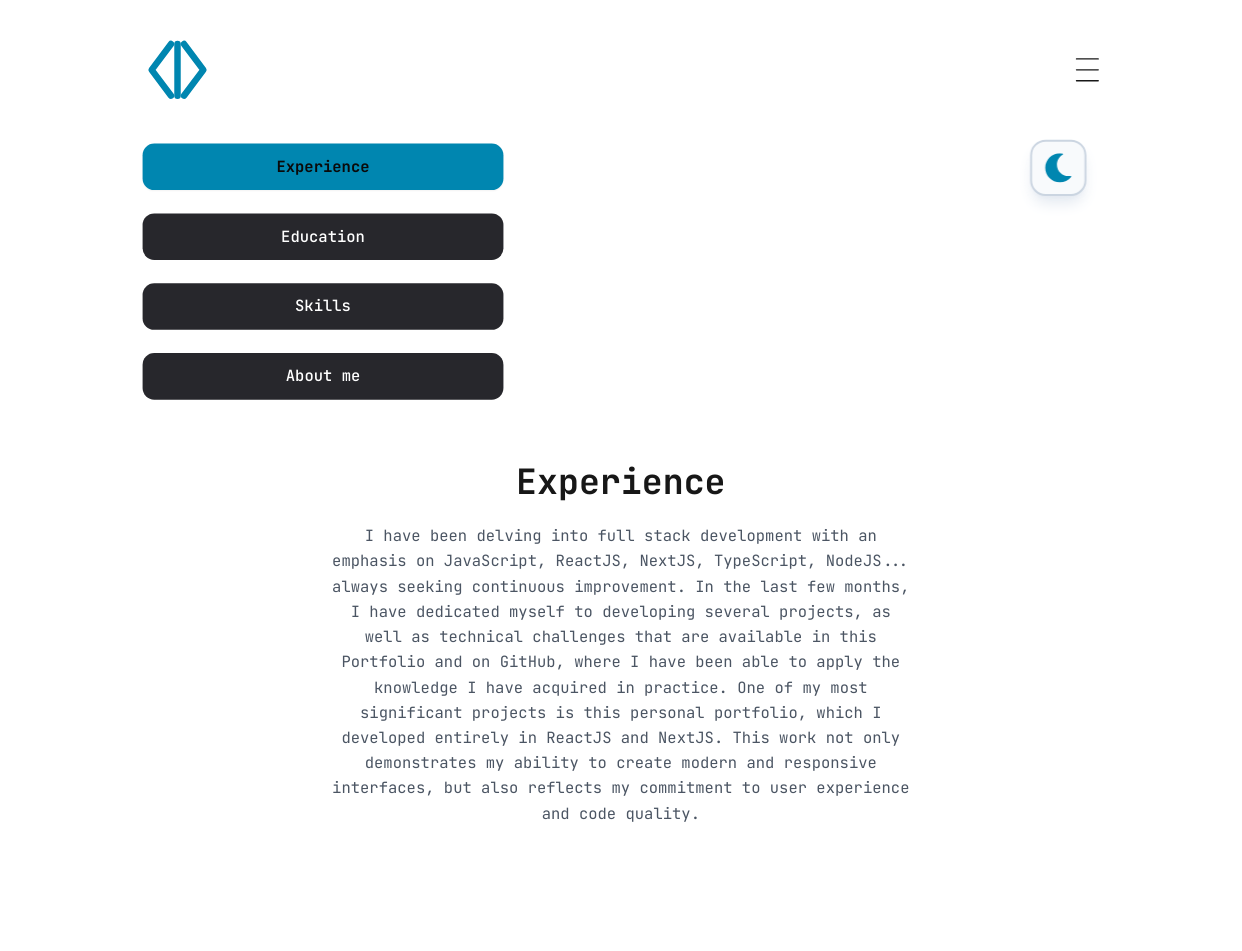
Repository: sergioscker/sergio-portfolio
Page: /resume
These files come from the project's save history. The page is drawn as it stood at one moment and after the next save; the edit follows.
The browser window is 1280 px wide. The pictures show the whole page, at 97% of full size.
The project was rebuilt for these pictures with package versions that can differ from the ones it lists, and the page was loaded fresh each time. The framework's server and built-in components were replaced by stand-ins that run in the browser. Also part of the build but not shown: next.config.mjs, components/ui/scroll-area.jsx, components/ui/tooltip.jsx.

Above is the page before, as saved 2025-04-29 15:33:18.

After the next save:
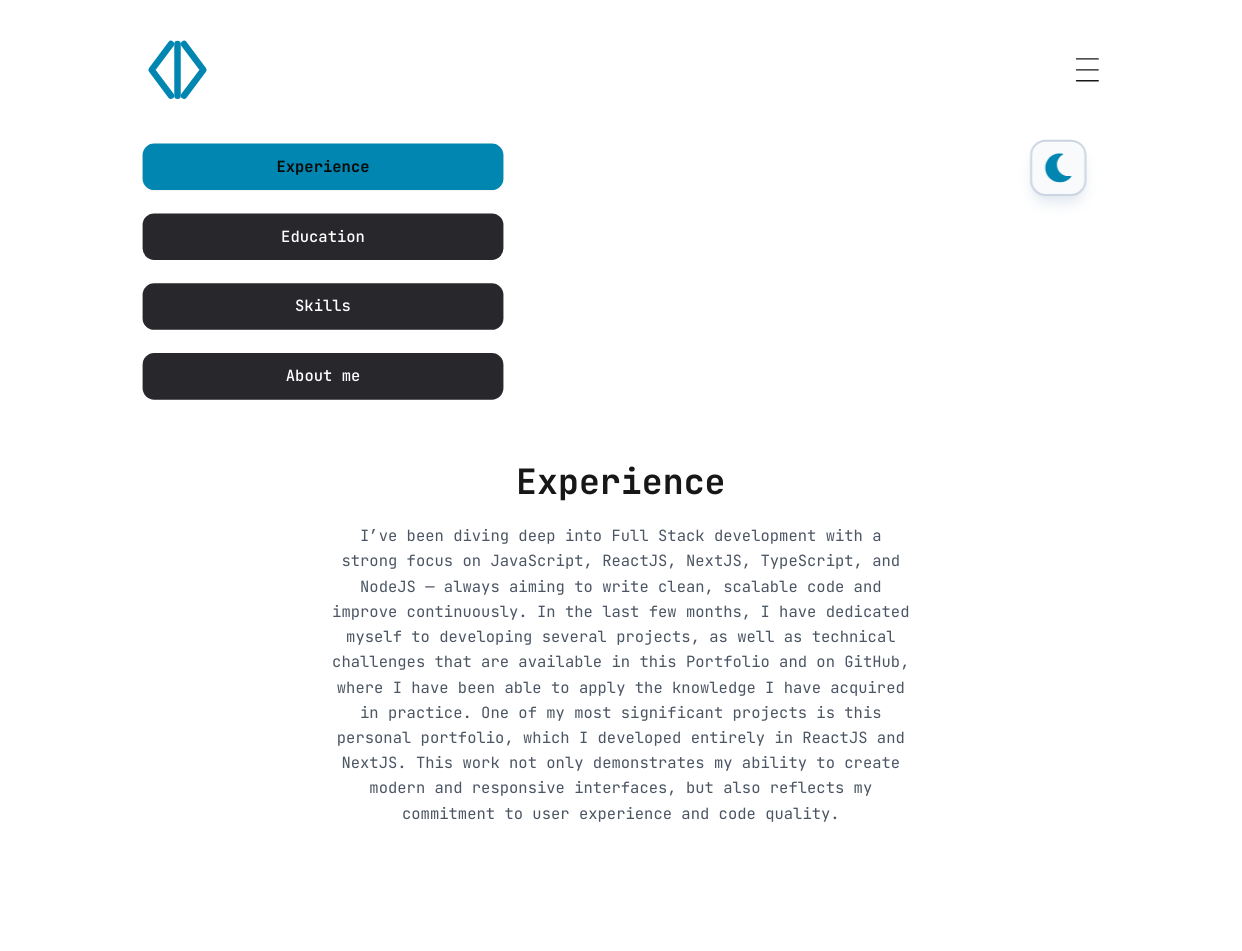
Saved 55 s later.
--- a/app/resume/page.jsx
+++ b/app/resume/page.jsx
@@ -41,7 +41,7 @@ import {
 const experience = {
   icon: '/assets/resume/badge.svg',
   title: 'Experience',
-  description: `I have been delving into full stack development with an emphasis on JavaScript, ReactJS, NextJS, TypeScript, NodeJS... always seeking continuous improvement.
+  description: `I’ve been diving deep into Full Stack development with a strong focus on JavaScript, ReactJS, NextJS, TypeScript, and NodeJS — always aiming to write clean, scalable code and improve continuously.
 
   In the last few months, I have dedicated myself to developing several projects, as well as technical challenges that are available in this Portfolio and on GitHub, where I have been able to apply the knowledge I have acquired in practice.
 
